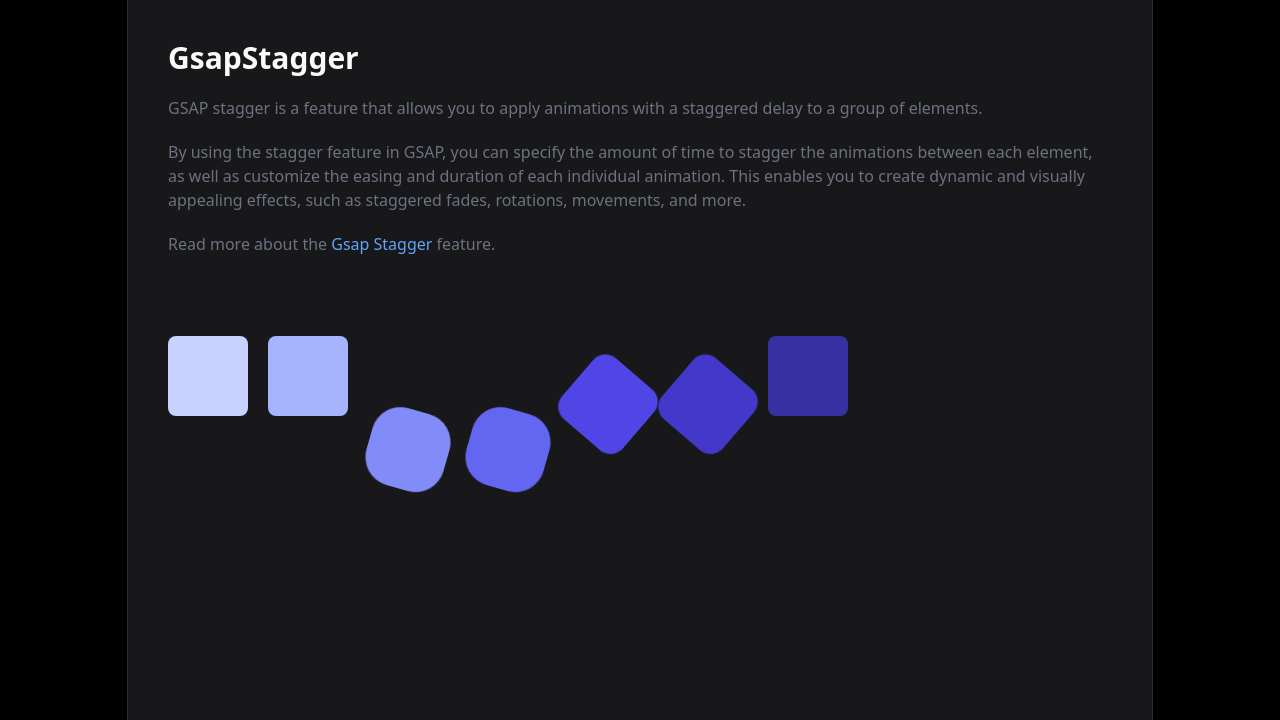
Repository: mgoyeghiaian/gsap-Starter
Page: /gsapstagger
An editor plug-in stored every save of this project. The page is shown before and after the next save, followed by the edit.
The browser window is 1280 px wide. The pictures show the whole page.
The project was rebuilt for these pictures with package versions that can differ from the ones it lists, and the page was loaded fresh each time. Also part of the build but not shown: vite.config.js, src/pages/Home.jsx, src/pages/GsapTo.jsx, src/pages/GsapFrom.jsx, src/pages/GsapFromTo.jsx, src/pages/GsapTimeline.jsx, src/pages/GsapScrollTrigger.jsx, src/pages/GsapText.jsx.

Above is the page before, as saved 2024-03-17 23:55:09.

### src/pages/GsapStagger.jsx
import { useGSAP } from "@gsap/react";
import gsap from "gsap";

const GsapStagger = () => {
  // TODO: Implement the gsap.stagger() method
  useGSAP(() => {
    gsap.to('.stagger-box', {
      y: 250,
      rotation: 360,
      borderRadius: '100%',
      repeat: -1,
      yoyo: true,
      // stagger: 0.5,
      stagger: {
        amount: 0.4,
        grid: [2, 2],
        axis: 'y',
        ease: "circ.inOut",
        from: "center",
      }
    });
  }, [])
  return (
    <main>
      <h1>GsapStagger</h1>

      <p className="mt-5 text-gray-500">
        GSAP stagger is a feature that allows you to apply animations with a
        staggered delay to a group of elements.
      </p>

      <p className="mt-5 text-gray-500">
        By using the stagger feature in GSAP, you can specify the amount of time
        to stagger the animations between each element, as well as customize the
        easing and duration of each individual animation. This enables you to
        create dynamic and visually appealing effects, such as staggered fades,
        rotations, movements, and more.
      </p>

      <p className="mt-5 text-gray-500">
        Read more about the{" "}
        <a
          href="https://gsap.com/resources/getting-started/Staggers"
          target="_blank"
          rel="noreferrer noopener nofollow"
        >
          Gsap Stagger
        </a>{" "}
        feature.
      </p>

      <div className="mt-20">
        <div className="flex gap-5">
          <div className="w-20 h-20 bg-indigo-200 rounded-lg stagger-box" />
          <div className="w-20 h-20 bg-indigo-300 rounded-lg stagger-box" />
          <div className="w-20 h-20 bg-indigo-400 rounded-lg stagger-box" />
          <div className="w-20 h-20 bg-indigo-500 rounded-lg stagger-box" />
          <div className="w-20 h-20 bg-indigo-600 rounded-lg stagger-box" />
          <div className="w-20 h-20 bg-indigo-700 rounded-lg stagger-box" />
          <div className="w-20 h-20 bg-indigo-800 rounded-lg stagger-box" />
        </div>
      </div>
    </main>
  );
};

export default GsapStagger;

Loaded but not shown: index.html (common file); src/main.jsx (common file); src/App.jsx (common file); src/index.css (common file); src/pages/index.jsx (common file); tailwind.config.js (common file)

After the next save:
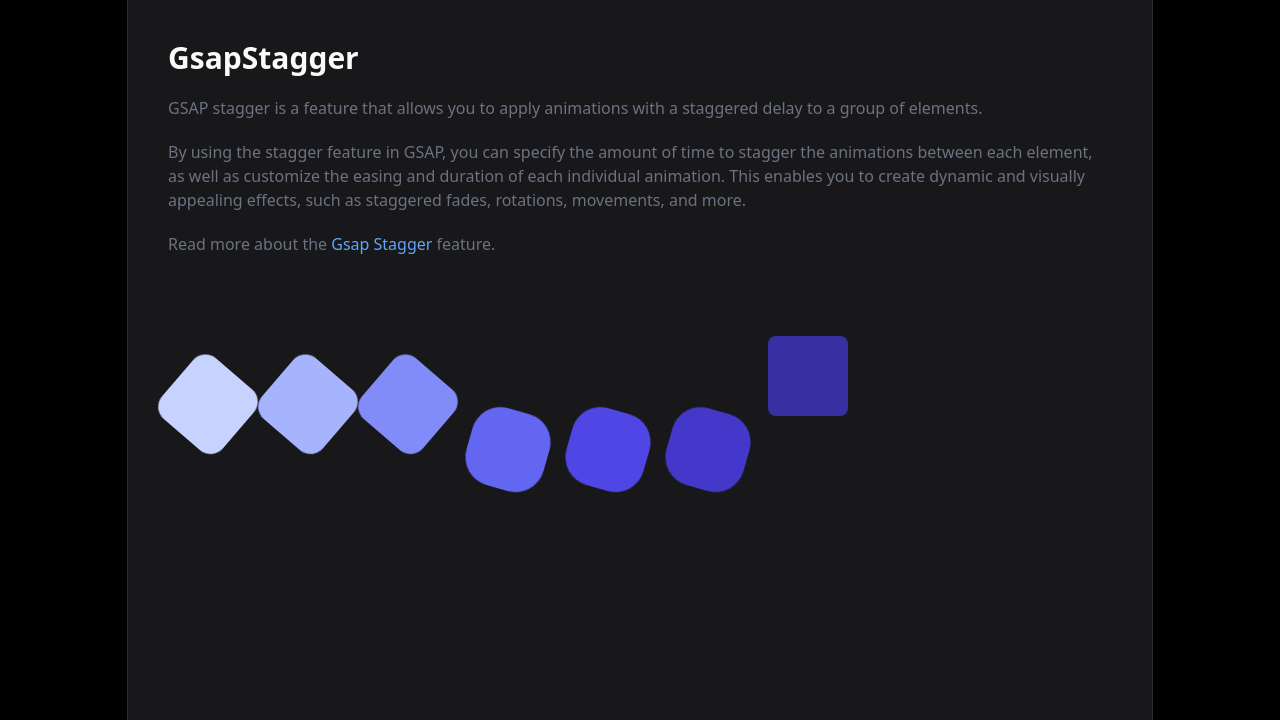
Saved 5 s later.
--- a/src/pages/GsapStagger.jsx
+++ b/src/pages/GsapStagger.jsx
@@ -13,7 +13,7 @@
       // stagger: 0.5,
       stagger: {
         amount: 0.4,
-        grid: [2, 2],
+        grid: [2, 3],
         axis: 'y',
         ease: "circ.inOut",
         from: "center",

After the save that followed:
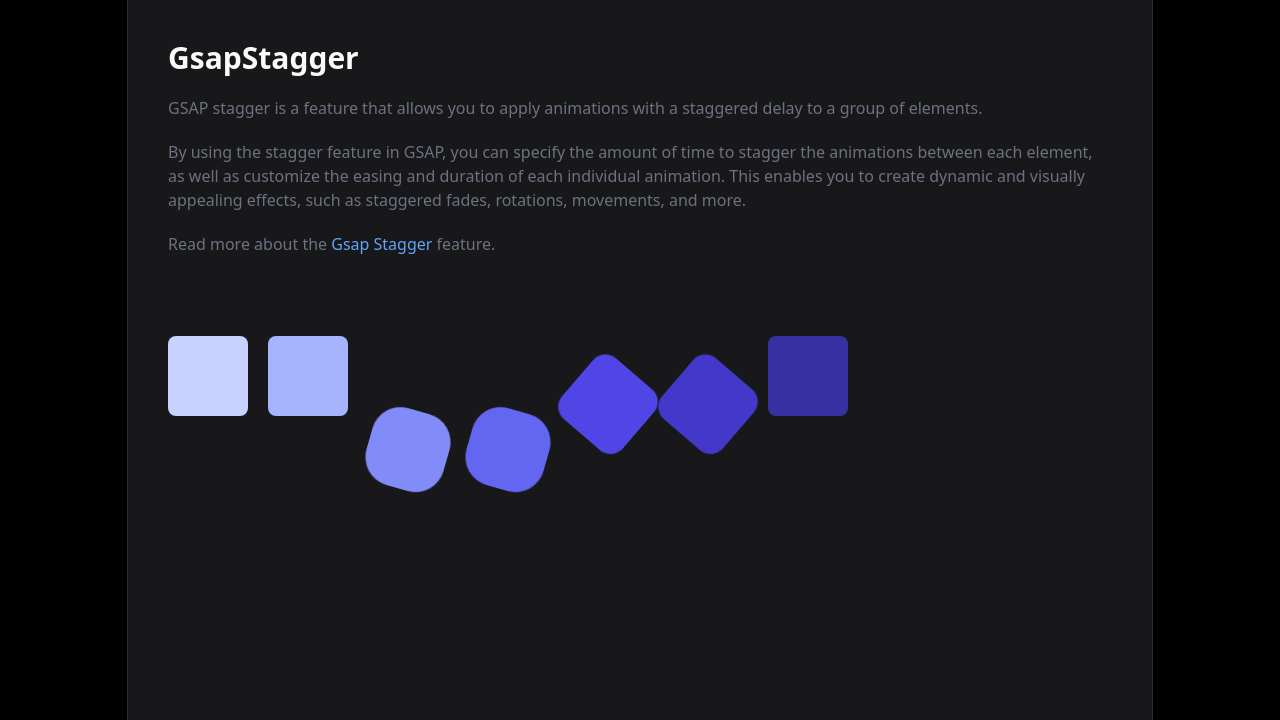
Saved 5 s later.
--- a/src/pages/GsapStagger.jsx
+++ b/src/pages/GsapStagger.jsx
@@ -13,7 +13,7 @@
       // stagger: 0.5,
       stagger: {
         amount: 0.4,
-        grid: [2, 3],
+        grid: [2, 2],
         axis: 'y',
         ease: "circ.inOut",
         from: "center",
